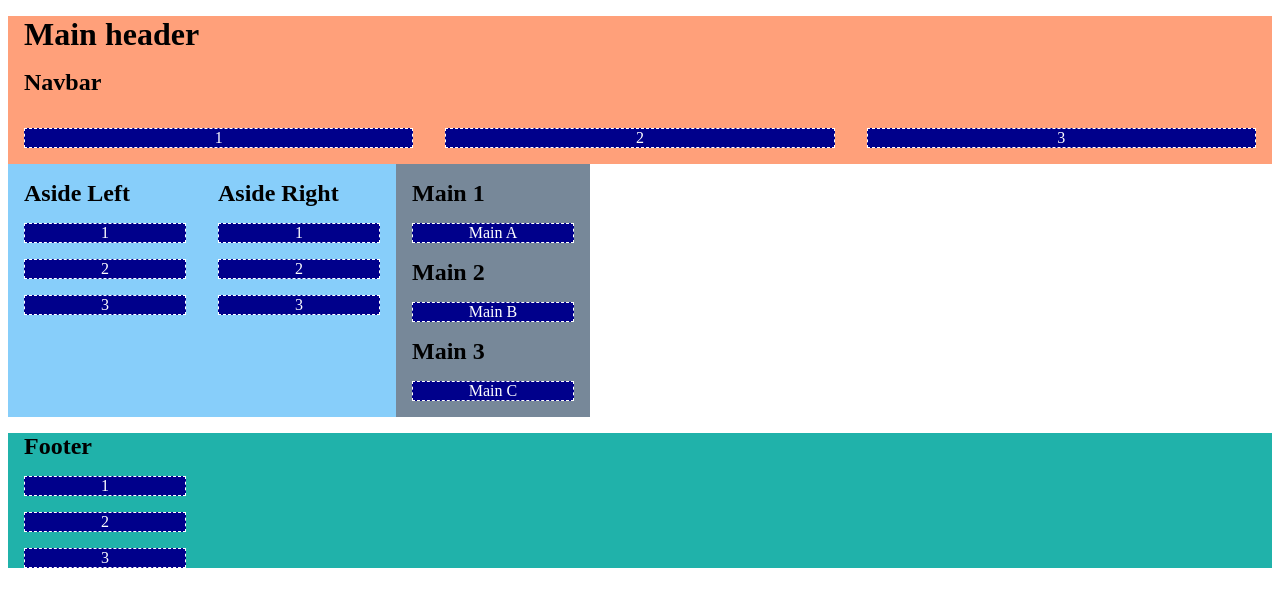
Repository: Colo-Codes/code-practice
Page: 02-css-practice-10-RWD.html
An editor plug-in stored every save of this project. The page is shown before and after the next save, followed by the edit.
The browser window is 1280 px wide. The pictures show the whole page.

Above is the page before, as saved 2021-06-07 08:50:04.

### 02-css-practice-10-RWD.html
<!DOCTYPE html>
<html lang="en">

<head>
    <meta charset="UTF-8">
    <meta http-equiv="X-UA-Compatible" content="IE=edge">
    <meta name="viewport" content="width=device-width, initial-scale=1.0">
    <title>Flexbox</title>
    <style>
        header {
            background-color: lightsalmon;
        }
        aside {
            background-color: lightskyblue;
        }
        main {
            background-color: lightslategray;
        }
        footer {
            background-color: lightseagreen;
        }
        .div-box {
            width: 10rem;
            display: block;
            background-color: darkblue;
            color: white;
            text-align: center;
            border: 1px dashed white;
            margin: 1rem;
        }
        h1, h2 {
            margin: 1rem;
        }

        /* Flexboxes */
        #flex-container-nav {
            display: flex;
        }
        .nav-boxes {
            flex: 1 1 200rem; /* grow shrink basis */
        }

        #flex-container-aside-main-aside {
            display: flex;
            justify-content: stretch;
        }
    </style>
</head>

<body>
    <header>
        <h1>Main header</h1>
        <nav>
            <h2>Navbar</h2>
            <div id="flex-container-nav">
                <div class="nav-boxes div-box">1</div>
                <div class="nav-boxes div-box">2</div>
                <div class="nav-boxes div-box">3</div>
            </div>
        </nav>
    </header>
    <div id="flex-container-aside-main-aside">
        <aside id="aside-left">
            <h2>Aside Left</h2>
            <div class="aside-boxes div-box">1</div>
            <div class="aside-boxes div-box">2</div>
            <div class="aside-boxes div-box">3</div>
        </aside>
        <aside id="aside-right">
            <h2>Aside Right</h2>
            <div class="aside-boxes div-box">1</div>
            <div class="aside-boxes div-box">2</div>
            <div class="aside-boxes div-box">3</div>
        </aside>
        <main>
            <section>
                <h2>Main 1</h2>
                <div class="main-boxes div-box">Main A</div>
            </section>
            <section>
                <h2>Main 2</h2>
                <div class="main-boxes div-box">Main B</div>
            </section>
            <section>
                <h2>Main 3</h2>
                <div class="main-boxes div-box">Main C</div>
            </section>
        </main>
    </div>
    <footer>
        <h2>Footer</h2>
        <div class="footer-boxes div-box">1</div>
        <div class="footer-boxes div-box">2</div>
        <div class="footer-boxes div-box">3</div>
    </footer>
</body>

</html>

After the next save:
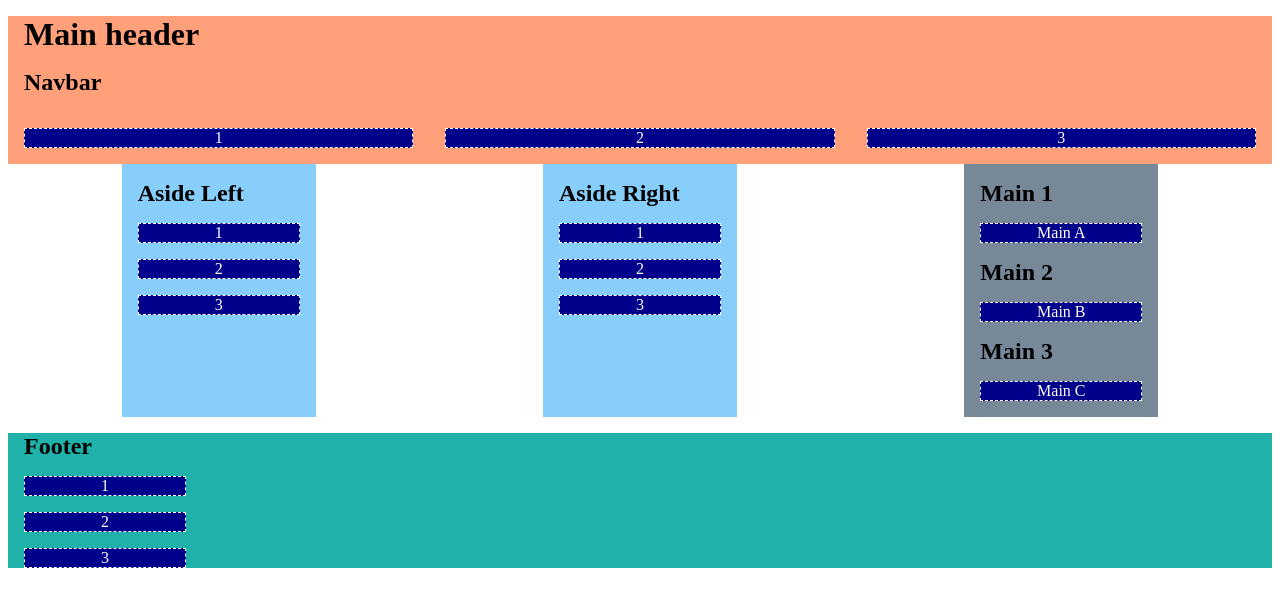
Saved 6 s later.
--- a/02-css-practice-10-RWD.html
+++ b/02-css-practice-10-RWD.html
@@ -42,7 +42,7 @@
 
         #flex-container-aside-main-aside {
             display: flex;
-            justify-content: stretch;
+            justify-content: space-around;
         }
     </style>
 </head>
